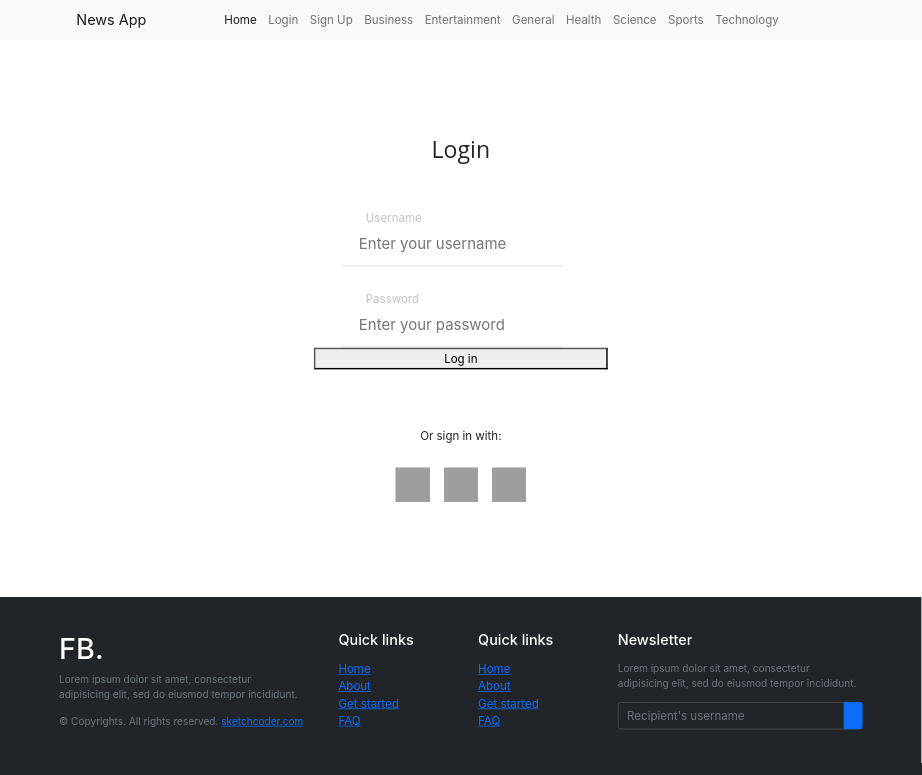
Repository: ZainAkbar51214/News-Site
Page: /login
An editor plug-in stored every save of this project. The page is shown before and after the next save, followed by the edit.
The browser window is 1280 px wide. The pictures show the whole page, at 72% of full size.
Pictures or frames that could not be fetched are drawn as grey boxes. The project was rebuilt for these pictures with package versions that can differ from the ones it lists, and the page was loaded fresh each time. Also part of the build but not shown: src/Components/pages/SignUp.jsx, src/Components/Layouts/NewsItem.js, src/Components/Spinner.jsx, src/Components/Layouts/News.js.

Above is the page before, as saved 2023-12-18 03:44:45.

### public/index.html
<!DOCTYPE html>
<html lang="en">
  <head>
    <meta charset="utf-8" />
    <link rel="icon" href="%PUBLIC_URL%/favicon.ico" />
    <meta name="viewport" content="width=device-width, initial-scale=1" />
    <meta name="theme-color" content="#000000" />
    <meta
      name="description"
      content="Web site created using create-react-app"
    />
    <link rel="apple-touch-icon" href="%PUBLIC_URL%/logo192.png" />

    <link rel="manifest" href="%PUBLIC_URL%/manifest.json" />

    <title>News App</title>
    <!-- Bootstrap cdn -->
    <link href="https://cdn.jsdelivr.net/npm/bootstrap@5.0.2/dist/css/bootstrap.min.css" rel="stylesheet" integrity="sha384-EVSTQN3/azprG1Anm3QDgpJLIm9Nao0Yz1ztcQTwFspd3yD65VohhpuuCOmLASjC" crossorigin="anonymous">
  </head>
  <body>
    <noscript>You need to enable JavaScript to run this app.</noscript>
    <div id="root"></div>


    <!-- Bootstrap Script -->
    <script src="https://cdn.jsdelivr.net/npm/@popperjs/core@2.9.2/dist/umd/popper.min.js" integrity="sha384-IQsoLXl5PILFhosVNubq5LC7Qb9DXgDA9i+tQ8Zj3iwWAwPtgFTxbJ8NT4GN1R8p" crossorigin="anonymous"></script>
<script src="https://cdn.jsdelivr.net/npm/bootstrap@5.0.2/dist/js/bootstrap.min.js" integrity="sha384-cVKIPhGWiC2Al4u+LWgxfKTRIcfu0JTxR+EQDz/bgldoEyl4H0zUF0QKbrJ0EcQF" crossorigin="anonymous"></script>
  </body>
</html>

### src/App.js
import React from "react";
import {
  BrowserRouter as Router,
  Switch,
  Route
} from "react-router-dom";
import Navbar from './Components/Header/Navbar';
import Footer from './Components/Footer/Footer';
import Login from "./Components/pages/Login";
import SignUp from "./Components/pages/SignUp";
import News from "./Components/Layouts/News";

function App() {
  return (
    <Router>
      <Navbar />
        <Switch>
          <Route path="/" exact><News key="general" pageSize={5} country="in" category="general" /></Route>
          <Route path="/business" exact><News key="business" pageSize={5} country="in" category="business" /></Route>
          <Route path="/entertainment" exact><News key="entertainment" pageSize={5} country="in" category="entertainment" /></Route>
          <Route path="/health" exact><News key="health" pageSize={5} country="in" category="health" /></Route>
          <Route path="/science" exact><News key="science" pageSize={5} country="in" category="science" /></Route>
          <Route path="/sports" exact><News key="sports" pageSize={5} country="in" category="sports" /></Route>
          <Route path="/technology" exact><News key="technology" pageSize={5} country="in" category="technology" /></Route>
          <Route path="/login">
            <Login />
          </Route>
          <Route path="/sign-up">
            <SignUp />
          </Route>
        </Switch>
      <Footer />
  </Router>
  );
}

export default App;

### src/Components/Header/Navbar.jsx
import React, { Component } from 'react';
import { Link } from 'react-router-dom';

class Navbar extends Component {
    render() {
        return (
            <div>
                <div className="container-fluid bg-light">
                <div className="container">
                    <div className="row">
                        <div className="col-md-12">
                            <nav className="navbar navbar-expand-lg navbar-light">
                                <div className="container-fluid">
                                    <Link className="navbar-brand" to="/">News App</Link>
                                    <button className="navbar-toggler" type="button" data-bs-toggle="collapse" data-bs-target="#navbarSupportedContent" aria-controls="navbarSupportedContent" aria-expanded="false" aria-label="Toggle navigation">
                                        <span className="navbar-toggler-icon"></span>
                                    </button>
                                    <div className="collapse navbar-collapse" id="navbarSupportedContent">
                                        <ul className="navbar-nav mx-auto mb-2 mb-lg-0">
                                            <li className="nav-item">
                                                <Link className="nav-link active" aria-current="page" to="/">Home</Link>
                                            </li>
                                            <li className="nav-item">
                                                <Link className="nav-link" to="/login">Login</Link>
                                            </li>
                                            <li className="nav-item">
                                                <Link className="nav-link" to="/sign-up">Sign Up</Link>
                                            </li>
                                            <li className="nav-item">
                                                <Link className="nav-link" to="/business">Business</Link>
                                            </li>
                                            <li className="nav-item">
                                                <Link className="nav-link" to="/entertainment">Entertainment</Link>
                                            </li>
                                            <li className="nav-item">
                                                <Link className="nav-link" to="/">General</Link>
                                            </li>
                                            <li className="nav-item">
                                                <Link className="nav-link" to="/health">Health</Link>
                                            </li>
                                            <li className="nav-item">
                                                <Link className="nav-link" to="/science">Science</Link>
                                            </li>
                                            <li className="nav-item">
                                                <Link className="nav-link" to="/sports">Sports</Link>
                                            </li>
                                            <li className="nav-item">
                                                <Link className="nav-link" to="/technology">Technology</Link>
                                            </li>
                                        </ul>
                                    </div>
                                </div>
                            </nav>
                        </div>
                    </div>
                </div>
            </div>
            </div>
        );
    }
}

export default Navbar;

### src/Components/Footer/Footer.jsx
import React from "react";
import { Link } from "react-router-dom";
import '../Footer/Footer.css';

const Navbar = () => {
    return (
        <>
            <div className="d-flex flex-column h-100" style={{overflow: 'hidden'}}>
                {/* <!-- FOOTER --> */}
                <footer className="w-100 py-4 flex-shrink-0">
                    <div className="container py-4">
                        <div className="row gy-4 gx-5">
                            <div className="col-lg-4 col-md-6">
                                <h5 className="h1 text-white">FB.</h5>
                                <p className="small text-muted">Lorem ipsum dolor sit amet, consectetur adipisicing elit, sed do eiusmod tempor incididunt.</p>
                                <p className="small text-muted mb-0">&copy; Copyrights. All rights reserved. <Link className="text-primary" to="https://sketchcoder.com" target="_blank">sketchcoder.com</Link></p>
                            </div>
                            <div className="col-lg-2 col-md-6">
                                <h5 className="text-white mb-3">Quick links</h5>
                                <ul className="list-unstyled text-muted">
                                    <li><Link to="#">Home</Link></li>
                                    <li><Link to="#">About</Link></li>
                                    <li><Link to="#">Get started</Link></li>
                                    <li><Link to="#">FAQ</Link></li>
                                </ul>
                            </div>
                            <div className="col-lg-2 col-md-6">
                                <h5 className="text-white mb-3">Quick links</h5>
                                <ul className="list-unstyled text-muted">
                                    <li><Link to="#">Home</Link></li>
                                    <li><Link to="#">About</Link></li>
                                    <li><Link to="#">Get started</Link></li>
                                    <li><Link to="#">FAQ</Link></li>
                                </ul>
                            </div>
                            <div className="col-lg-4 col-md-6">
                                <h5 className="text-white mb-3">Newsletter</h5>
                                <p className="small text-muted">Lorem ipsum dolor sit amet, consectetur adipisicing elit, sed do eiusmod tempor incididunt.</p>
                                <form action="#">
                                    <div className="input-group mb-3">
                                        <input className="form-control" type="text" placeholder="Recipient's username" aria-label="Recipient's username" aria-describedby="button-addon2" />
                                        <button className="btn btn-primary" id="button-addon2" type="button"><i className="fas fa-paper-plane"></i></button>
                                    </div>
                                </form>
                            </div>
                        </div>
                    </div>
                </footer>
            </div>
        </>
    )
}

export default Navbar;

### src/Components/pages/Login.jsx
import React, { Component } from 'react';
import { Link } from 'react-router-dom';


class Login extends React.Component{
  render(){
    return(
      <div id="loginform">
        <FormHeader title="Login" />
        <Form />
        <OtherMethods />
      </div>
    )
  }
}

const FormHeader = props => (
    <h2 id="headerTitle">{props.title}</h2>
);


const Form = props => (
   <div>
     <FormInput description="Username" placeholder="Enter your username" type="text" />
     <FormInput description="Password" placeholder="Enter your password" type="password"/>
     <FormButton title="Log in"/>
   </div>
);

const FormButton = props => (
  <div id="button" class="row">
    <button>{props.title}</button>
  </div>
);

const FormInput = props => (
  <div class="row row-lab">
    <label>{props.description}</label>
    <input type={props.type} placeholder={props.placeholder}/>
  </div>
);

const OtherMethods = props => (
  <div id="alternativeLogin">
    <label>Or sign in with:</label>
    <div id="iconGroup">
      <Facebook />
      <Twitter />
      <Google />
    </div>
  </div>
);

const Facebook = props => (
  <a href="#" id="facebookIcon"></a>
);

const Twitter = props => (
  <a href="#" id="twitterIcon"></a>
);

const Google = props => (
  <a href="#" id="googleIcon"></a>
);



export default Login;

### src/Components/Footer/Footer.css
/* ==========================================
    FOR DEMO PURPOSE
  ========================================== */

  .text-small {
    font-size: 0.9rem;
  }

  .form-control {
    background: #212529;
    border-color: #545454;
  }

  .form-control:focus {
    background: #212529;
  }

  footer {
    background: #212529;
  }

### src/App.css
.App {
  text-align: center;
}

.App-logo {
  height: 40vmin;
  pointer-events: none;
}

@media (prefers-reduced-motion: no-preference) {
  .App-logo {
    animation: App-logo-spin infinite 20s linear;
  }
}

.App-header {
  background-color: #282c34;
  min-height: 100vh;
  display: flex;
  flex-direction: column;
  align-items: center;
  justify-content: center;
  font-size: calc(10px + 2vmin);
  color: white;
}

.App-link {
  color: #61dafb;
}

@keyframes App-logo-spin {
  from {
    transform: rotate(0deg);
  }
  to {
    transform: rotate(360deg);
  }
}

/* Login Css */
#loginform{
  max-width: 500px;
  min-width: 300px;
  max-height: 700px;
  width: 30%;
  height: 60%;
  margin: 100px auto;
  background-color: #FFFFFF;
  border-radius: 25px;
}

#headerTitle{
  text-align: center;
  font-family: 'open sans', sans-serif;
  padding: 2rem 0;
  margin: 0;
  font-size: 2rem;
}

.row-lab{
  display: flex;
  flex-direction: column;
  align-items: center;
  padding-top: 2rem;
  max-width: 100%;

}

.row-lab input{
  width: 80%;
  box-sizing: border-box;
	border: none;
  font-size: 1.3rem;
  padding-left: 1.5rem;
  padding-bottom: 1rem;
  box-shadow: inset 0px -3px 0px 0px rgba(187,187,187,0.2);
  transition: box-shadow 0.2s ease-in;
}

.row-lab input:focus{
   box-shadow: inset 0px -3px 0px 0px rgba(34,193,195,0.7);
   outline: none;
}

.row-lab input::-webkit-input-placeholder{
  opacity: 1;
  transition: opacity 0.25s ease-out;
}

.row-lab input:hover::-webkit-input-placeholder,
.row-lab input:focus::-webkit-input-placeholder{
  opacity: 0;
}

.row-lab label{
  align-self: start;
  padding-left: 4.5rem;
  padding-bottom: 0.5rem;
  color: rgba(187,187,187,0.9);
}

.row-lab button{
  border-radius: 25px;
  width: 80%;
  height: 40px;
  font-size: 1.3rem;
  color: white;
  font-weight: 700;
  background: rgb(34,193,195);
  background: linear-gradient(90deg, rgba(34,193,195,1) 0%,     rgba(253,187,45,1) 100%);
  border: 0px;
  cursor: pointer;
  transition: opacity 0.25s ease-out;
}

.row-lab button:hover{
  opacity: 0.8;
}

#button{
  padding-bottom: 1.5rem;
}

#facebookIcon{
  background-image:      url("https://image.flaticon.com/icons/svg/145/145802.svg");
  background-repeat: no-repeat;
  width: 3rem;
  height: 3rem;
}

#twitterIcon{
  background-image: url("https://image.flaticon.com/icons/svg/145/145812.svg");
  background-repeat: no-repeat;
  width: 3rem;
  height: 3rem;
}

#googleIcon{
  background-image: url("https://image.flaticon.com/icons/svg/145/145804.svg");
  background-repeat: no-repeat;
  width: 3rem;
  height: 3rem;
}

#iconGroup{
  display: flex;
  justify-content: center;
  padding: 2rem 0;
}

#iconGroup a{
  margin: 0 0.6rem;
}

#alternativeLogin {
   text-align: center;
   padding-top: 2rem;
   margin-top: 1.5rem;
}

Loaded but not shown: src/index.js (common file); src/index.css (common file); src/reportWebVitals.js (common file)

After the next save:
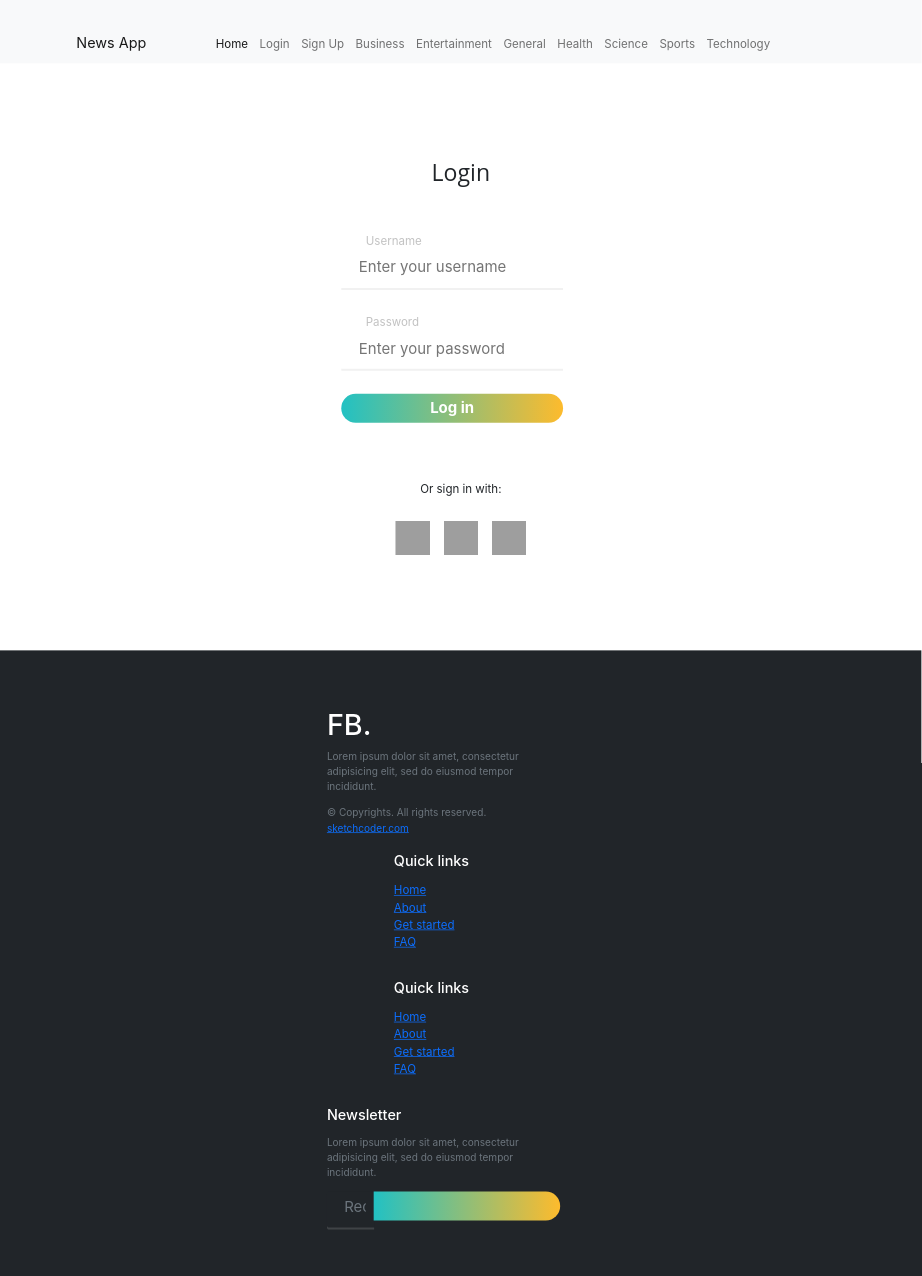
Saved 12 s later.
--- a/src/App.css
+++ b/src/App.css
@@ -57,7 +57,7 @@
   font-size: 2rem;
 }
 
-.row-lab{
+.row{
   display: flex;
   flex-direction: column;
   align-items: center;
@@ -66,7 +66,7 @@
 
 }
 
-.row-lab input{
+.row input{
   width: 80%;
   box-sizing: border-box;
 	border: none;
@@ -77,29 +77,29 @@
   transition: box-shadow 0.2s ease-in;
 }
 
-.row-lab input:focus{
+.row input:focus{
    box-shadow: inset 0px -3px 0px 0px rgba(34,193,195,0.7);
    outline: none;
 }
 
-.row-lab input::-webkit-input-placeholder{
+.row input::-webkit-input-placeholder{
   opacity: 1;
   transition: opacity 0.25s ease-out;
 }
 
-.row-lab input:hover::-webkit-input-placeholder,
-.row-lab input:focus::-webkit-input-placeholder{
+.row input:hover::-webkit-input-placeholder,
+.row input:focus::-webkit-input-placeholder{
   opacity: 0;
 }
 
-.row-lab label{
+.row label{
   align-self: start;
   padding-left: 4.5rem;
   padding-bottom: 0.5rem;
   color: rgba(187,187,187,0.9);
 }
 
-.row-lab button{
+.row button{
   border-radius: 25px;
   width: 80%;
   height: 40px;
@@ -113,7 +113,7 @@
   transition: opacity 0.25s ease-out;
 }
 
-.row-lab button:hover{
+.row button:hover{
   opacity: 0.8;
 }
 
